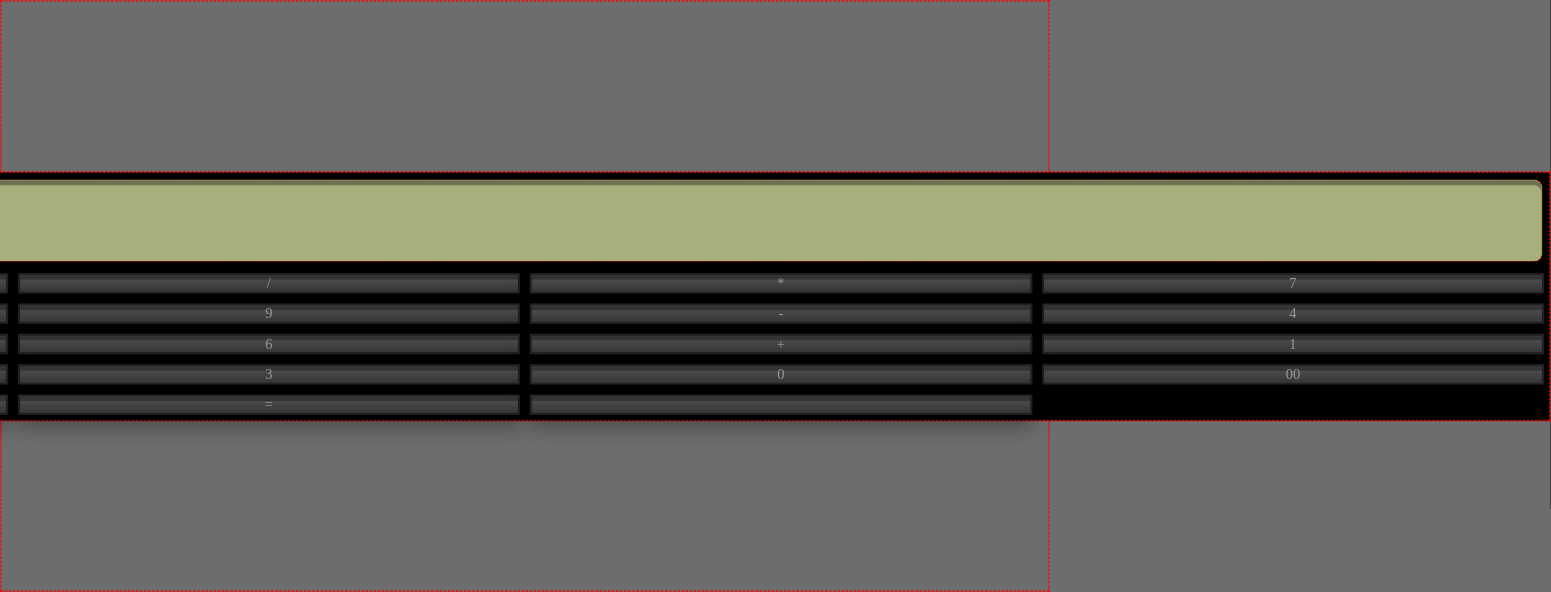
Repository: JunaidAnsari202/calculator
Page: index.html
The author's editor kept a copy of each file at every save. The page is drawn from the files as they stood at one save, then again after the next save.
The browser window is 1280 px wide. The page is 1891 px wide, then 1280 px, so the pictures cover 1891 px, including what lies to the right of the window. The pictures show the whole page, at 82% of full size.

Above is the page before, as saved 2023-10-28 14:08:11.

After the next save:
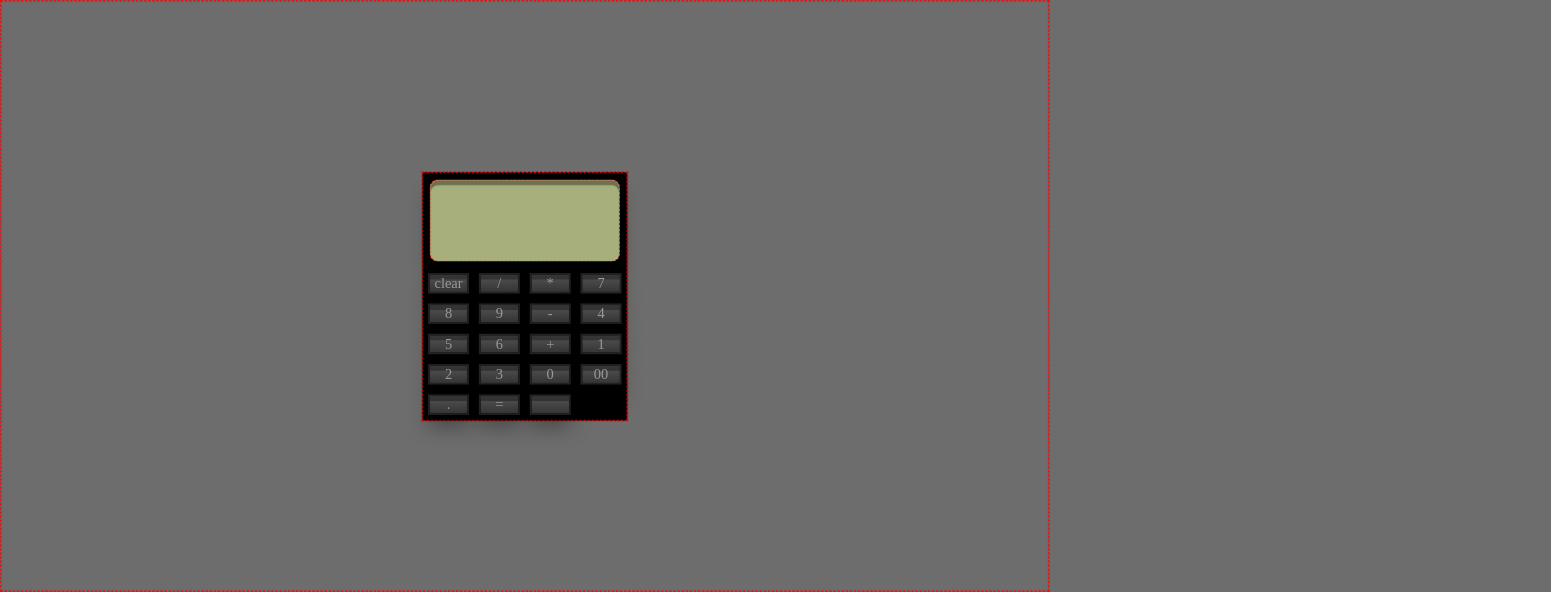
Saved 44 s later.
--- a/style.css
+++ b/style.css
@@ -21,7 +21,7 @@ body{
     position: relative;
     display: grid;
     background-color: black;
-    width: 2500px;
+    width: 250px;
 }
 
 #value{
